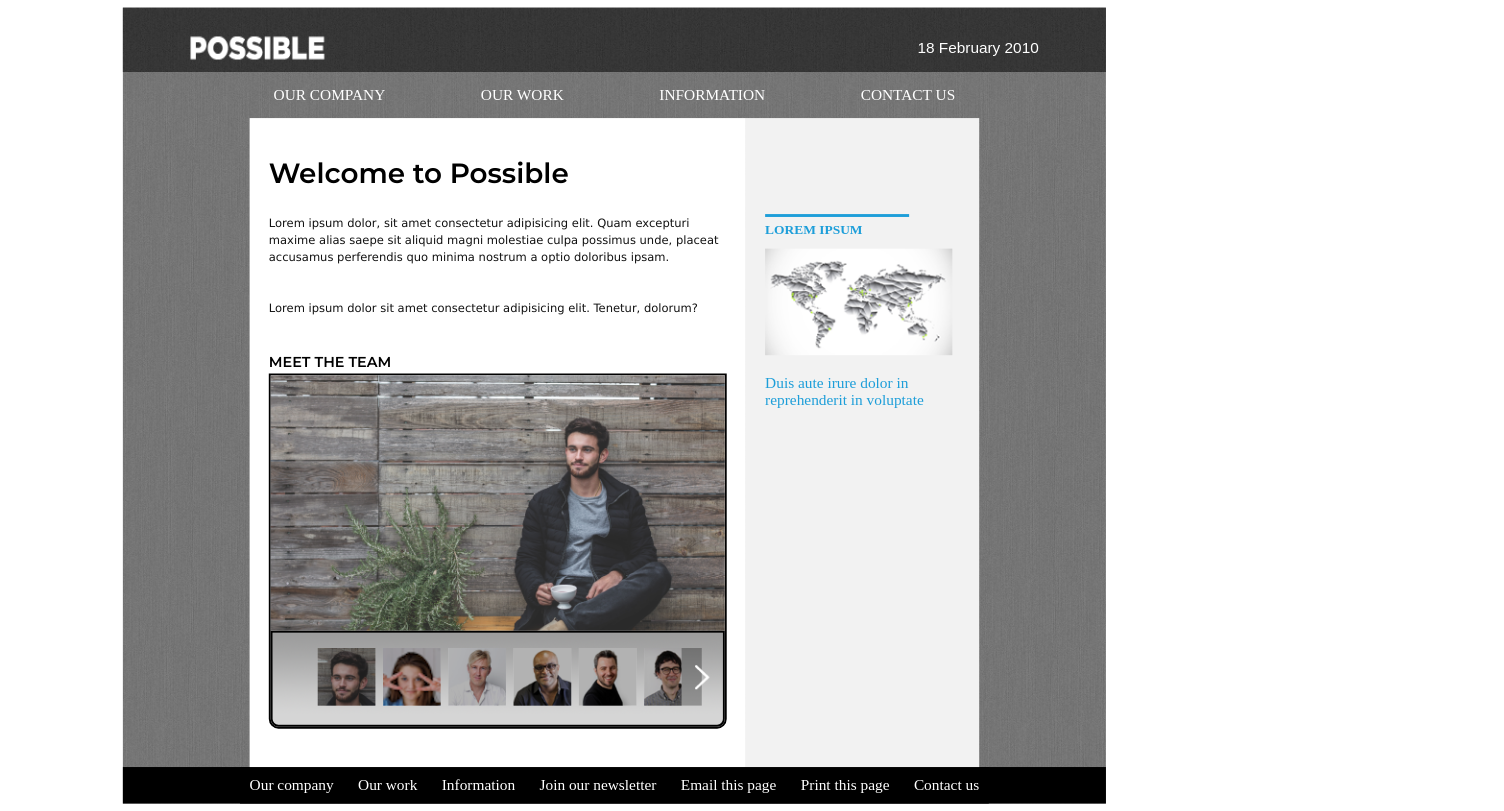
Repository: grzegorzgebala/possible-site
Page: index.html
An editor plug-in stored every save of this project. The page is shown before and after the next save, followed by the edit.
The browser window is 1280 px wide. The page is 1567 px wide, so the pictures cover 1567 px, including what lies to the right of the window. The pictures show the whole page, at 96% of full size.
The style sheet was rebuilt from its Sass, Less or Tailwind sources for each picture, by a compiler version that may differ from the author's.

Above is the page before, as saved 2020-02-18 18:33:28.

### index.html
<!DOCTYPE html>
<html>
	<head>
        <meta charset="utf-8">
        <link href="https://fonts.googleapis.com/css?family=Montserrat:600&display=swap" rel="stylesheet">
		<link rel="stylesheet" type="text/css" href="css/style.css">
		<title>Possible page</title>
	</head>
	<body>
        <div class="container">
            <header>
                <img src="images/logo.png" alt="possible logo">
                <div class="date">18 February 2010</div>
            </header>
            <nav class="menu">
                <ul>
                    <li>our company</li>
                    <li>our work</li>
                    <li>information</li>
                    <li>contact us</li>
                </ul>
            </nav>
            <div class="mainSite">
                <div class="leftSide">
                    <div class="welcome">Welcome to Possible</div>
                    <article>Lorem ipsum dolor, sit amet consectetur adipisicing elit. Quam excepturi maxime alias saepe sit aliquid magni molestiae culpa possimus unde, placeat accusamus perferendis quo minima nostrum a optio doloribus ipsam.</article>
                    <article>Lorem ipsum dolor sit amet consectetur adipisicing elit. Tenetur, dolorum?</article>
                    <div class="meetTitle">Meet the team</div>
                    <div class="carousel">
                        <img class="big" src="/images/employees/picture1.png" alt="possible logo">
                        <div class="descriptor">
                            <div class="personalData">Justin Cooke</div>
                            <div class="personalData">CEO, POSSIBLE UK, LONDON</div>
                        </div>
                        <div class="miniatures">
                            <button class="leftArrow arrow isHidden">
                                <img src="/images/icons/leftArrow.png" alt="leftArrow">
                            </button>
                            <div class="miniaturesContainer">
                                <ul class="carouselTrack">
                                    <li class="carouselSlide currentSlide">
                                        <div class="pictureContainer"></div>
                                        <img class="carouselImage" src="/images/employees/min1.png" alt="person1">
                                    </li>
                                    <li class="carouselSlide">
                                        <div class="pictureContainer"></div>
                                        <img class="carouselImage" src="/images/employees/min2.png" alt="person2">
                                    </li>
                                    <li class="carouselSlide">
                                        <div class="pictureContainer"></div>
                                        <img class="carouselImage" src="/images/employees/min3.png" alt="person3">
                                    </li>
                                    <li class="carouselSlide">
                                        <div class="pictureContainer"></div>
                                        <img class="carouselImage" src="/images/employees/min4.png" alt="person4">
                                    </li>
                                    <li class="carouselSlide">
                                        <div class="pictureContainer"></div>
                                        <img class="carouselImage" src="/images/employees/min5.png" alt="person5">
                                    </li>
                                    <li class="carouselSlide">
                                        <div class="pictureContainer"></div>
                                        <img class="carouselImage" src="/images/employees/min6.png" alt="person6">
                                    </li>
                                    <li class="carouselSlide">
                                        <!-- <div class="pictureContainer"></div> -->
                                        <img class="carouselImage" src="/images/employees/min7.png" alt="person7">
                                    </li>
                                    <li class="carouselSlide">
                                        <!-- <div class="pictureContainer"></div> -->
                                        <img class="carouselImage" src="/images/employees/min8.png" alt="person8">
                                    </li>
                                    <li class="carouselSlide">
                                        <!-- <div class="pictureContainer"></div> -->
                                        <img class="carouselImage" src="/images/employees/min9.png" alt="person9">
                                    </li>
                                    <li class="carouselSlide">
                                        <!-- <div class="pictureContainer"></div> -->
                                        <img class="carouselImage" src="/images/employees/min10.png" alt="person10">
                                    </li>
                                </ul>
                            </div>
                            <button class="rightArrow arrow">
                                <img src="/images/icons/rightArrow.png" alt="rightArrow">
                            </button>
                        </div>
                    </div>
                </div>
                <div class="rightSide">
                    <div class="rightTitle">lorem ipsum</div>
                    <img src="/images/map.png" alt="map">
                    <p>Duis aute irure dolor  in reprehenderit in voluptate</p>
                </div>
            </div>
            <footer>
                <ul>
                    <li>our company</li>
                    <li>our work</li>
                    <li>information</li>
                    <li>join our newsletter</li>
                    <li>email this page</li>
                    <li>print this page</li>
                    <li>contact us</li>
                </ul>
            </footer>
        </div>
    </body>
    <script type="text/javascript" src="/js/script.js"></script>
</html>

### js/script.js
const track = document.querySelector(".carouselTrack");
const slides = Array.from(track.children);
const nextButton = document.querySelector('.rightArrow');
const prevButton = document.querySelector('.leftArrow');
const imagesNav = document.getElementsByClassName('pictureContainer');
const imagesItem = Array.from(imagesNav);

const slideWidth = slides[0].getBoundingClientRect().width;

const setSlidePosition = (slide, index) => {
    slide.style.left = slideWidth * index + 'px';
};

slides.forEach(setSlidePosition);

const moveToSlide = (track, currentSlide, targetSlide) => {
    track.style.transform = 'translateX(-' + targetSlide.style.left  + ')';
    currentSlide.classList.remove('currentSlide');
    targetSlide.classList.add('currentSlide');
}

const hideShowArrows = (slides, prevButton, nextButton, targetIndex) => {
    if (targetIndex === 0) {
        prevButton.classList.add("isHidden");
        nextButton.classList.remove("isHidden");
    } else if (targetIndex === slides.length - 1) {
        prevButton.classList.remove("isHidden");
        nextButton.classList.add("isHidden");
    } else {
        prevButton.classList.remove("isHidden");
        nextButton.classList.remove("isHidden");
    }
}

nextButton.addEventListener('click', e => {
    const currentSlide = track.querySelector(".currentSlide");
    const prevSlide = currentSlide.previousElementSibling;
    const prevIndex = slides.findIndex(slide => slide === prevSlide);

    moveToSlide(track, currentSlide, prevSlide);
    hideShowArrows(slides, prevButton, nextButton, prevIndex);
});

prevButton.addEventListener('click', e => {
    const currentSlide = track.querySelector(".currentSlide");
    const nextSlide = currentSlide.nextElementSibling;
    const nextIndex = slides.findIndex(slide => slide === nextSlide);

    moveToSlide(track, currentSlide, nextSlide);
    hideShowArrows(slides, prevButton, nextButton, nextIndex);
});

track.addEventListener('click', e => {
    const targetImage = e.target.closest('div')
    if (!targetImage) return;
    // const currentSlide = track.querySelector('.currentSlide');
    const big = document.querySelector('.big');
    const targetIndex = imagesItem.findIndex(image => image === targetImage);
    const targetSlide = slides[targetIndex];
    // const targetSlideActive = targetSlide.children[0];

    imagesItem.forEach((element, index) => {
        if (index === targetIndex) {
            element.classList.add('activeImg');
            element.classList.remove('pictureContainer');
            big.setAttribute('src', `/images/employees/picture${index+1}.png`);
        } else {
            element.classList.remove('activeImg');
            element.classList.add('pictureContainer');
        }
    });
    hideShowArrows(slides, prevButton, nextButton, targetIndex);

})

// when I click left, move slides to the left
// when I click right move slide to the right

### sass/style.scss
// variables
$menuElementsColor: #ffffff;
$contentElementsColor: #000000;
$footerBackgroundColor: #000000;
$menuHooverColor: #000000;
$activeMenuColor: #1d9ed9;
$sideMenuColor: #1d9ed9;
$fontMenu: "Proxima Nova";
$leftSideBackgroundColor: #ffffff;
$rightSideBackgroundColor: #f2f2f2;
$contentHeaderFont: "Montserrat", sans-serif;;
$contentDescriptionFont: "Verdana";
$contentColor: #121212;

// page style
.container {
    max-width: 1024px;
    margin: 0 auto;
    background-image: url("/images/mainBackground.png");
}

// header style
header {
    background-image: url("/images/backgroundHeader.png");
    display: flex;
    justify-content: space-between;
    padding: 30px 70px 13px 70px;

    .date {
        color: $menuElementsColor;
        // font-size: 12px;
        line-height: 24px;
        font-family: "Arial";
        // font-weight: bold;
    }
}

// menu
.menu ul {
    max-width: 760px;
    margin: 5px auto;
    display: flex;
    justify-content: space-between;
    list-style-type: none;
    color: $menuElementsColor;
    text-transform: uppercase;
    padding: 0;

    :hover {
        background-color: $menuHooverColor;
        color: $activeMenuColor;
        cursor: pointer;
        transition: visibility 2s, opacity 0.5s linear;
    }

    li {
        padding: 10px 25px;
    }
}

// main content
.mainSite {
    max-width: 760px;
    margin: 0 auto;
    display: flex;
    justify-content: center;
    flex-direction: row;

    .leftSide {
        width: 100%;
        max-width: 520px;
        background-color: $leftSideBackgroundColor;
        padding: 40px 20px;

        .welcome {
            font-family: $contentHeaderFont;
            margin: 0;
            font-size: 29px;
            font-weight: bold;
        }

        article {
            font-family: $contentDescriptionFont;
            font-size: 12px;
            line-height: 18px;
            color: $contentColor;
            margin-top: 25px;
            margin-bottom: 35px;
        }

        .meetTitle {
            font-size: 15px;
            line-height: 24px;
            text-transform: uppercase;
            color: $contentElementsColor;
            font-family: $contentHeaderFont;
        }

        .descriptor {
            background-color: black;
            padding-left: 5px;
            position: absolute;
            width: 100%;;
            margin-top: 230px;
            // display: none;
            visibility: hidden;
            opacity: .5;

            .personalData {
                color: white;
                opacity: 1;
            }
        }

        .carousel {
            display: flex;
            max-width: 473px;
            flex-direction: column;
            border: 2px solid black;
            border-bottom-left-radius: 10px;
            border-bottom-right-radius: 10px;

            .big:hover + .descriptor {
                // display: block;
                visibility: visible;
                transition: visibility 0s linear 0.33s, opacity 0.33s linear;

            }
            .miniatures {
                // overflow: hidden;
                background-image: url("/images/carouseleBackground.png");
                display: flex;
                // justify-content: space-between;
                // align-items: center;
                // padding: 20px 15px;
                border: 2px solid black;
                border-bottom-left-radius: 8px;
                border-bottom-right-radius: 8px;

                .miniaturesContainer {
                    max-width: 500px;
                    overflow: hidden;
                    display: flex;
                    justify-content: space-between;
                }
                .carouselTrack {
                    display: flex;
                    justify-content: space-between;
                    // align-items: center;
                    list-style-type: none;
                    // width: 100%;
                    padding: 0;

                    .carouselSlide {
                        margin: 0 4px;
                        // margin-right: 10px;
                        // height: 60px;
                        // width: 60px;
                        .carouselImage {

                            // width: 100%;
                            object-fit: cover;
                        }
                    }
                }

                .pictureContainer {
                    width: 60px;
                    height: 60px;
                    position: absolute;
                    z-index: 1;
                    background: black;
                    opacity: .3;
                }

                .activeImg {
                    position: absolute;
                    z-index: 1;
                    width: 54px;
                    height: 54px;
                    border: 3px solid $sideMenuColor;
                }

                .arrow {
                    margin: 0 14px;
                    z-index: 1;
                }

                button {
                    background: none;
                    color: inherit;
                    border: none;
                    padding: 0;
                    font: inherit;
                    cursor: pointer;
                    outline: inherit;
                }

                .isHidden {
                    visibility: hidden;
                }
            }
        }
    }


    .rightSide {
        background-color: $rightSideBackgroundColor;
        width: 100%;
        padding-left: 20px;
        padding-top: 100px;

        .rightTitle {
            text-transform: uppercase;
            color: $sideMenuColor;
            font-weight: bold;
            font-size: 14px;
            line-height: 18px;
            border-top: 3px solid $sideMenuColor;
            width: 150px;
            margin-bottom: 10px;
            padding-top: 5px;
        }

        p {
            color: $sideMenuColor;
        }
    }

}

// footer
footer {
    background: $footerBackgroundColor;
}

footer ul {
    display: flex;
    justify-content: space-between;
    max-width: 760px;
    margin: 0 auto;
    list-style-type: none;
    color: $menuElementsColor;
    background: $footerBackgroundColor;
    padding: 10px;

    :hover {
        color: $activeMenuColor;
        cursor: pointer;
    }

    li::first-letter {
        text-transform: uppercase;
    }
}

After the next save:
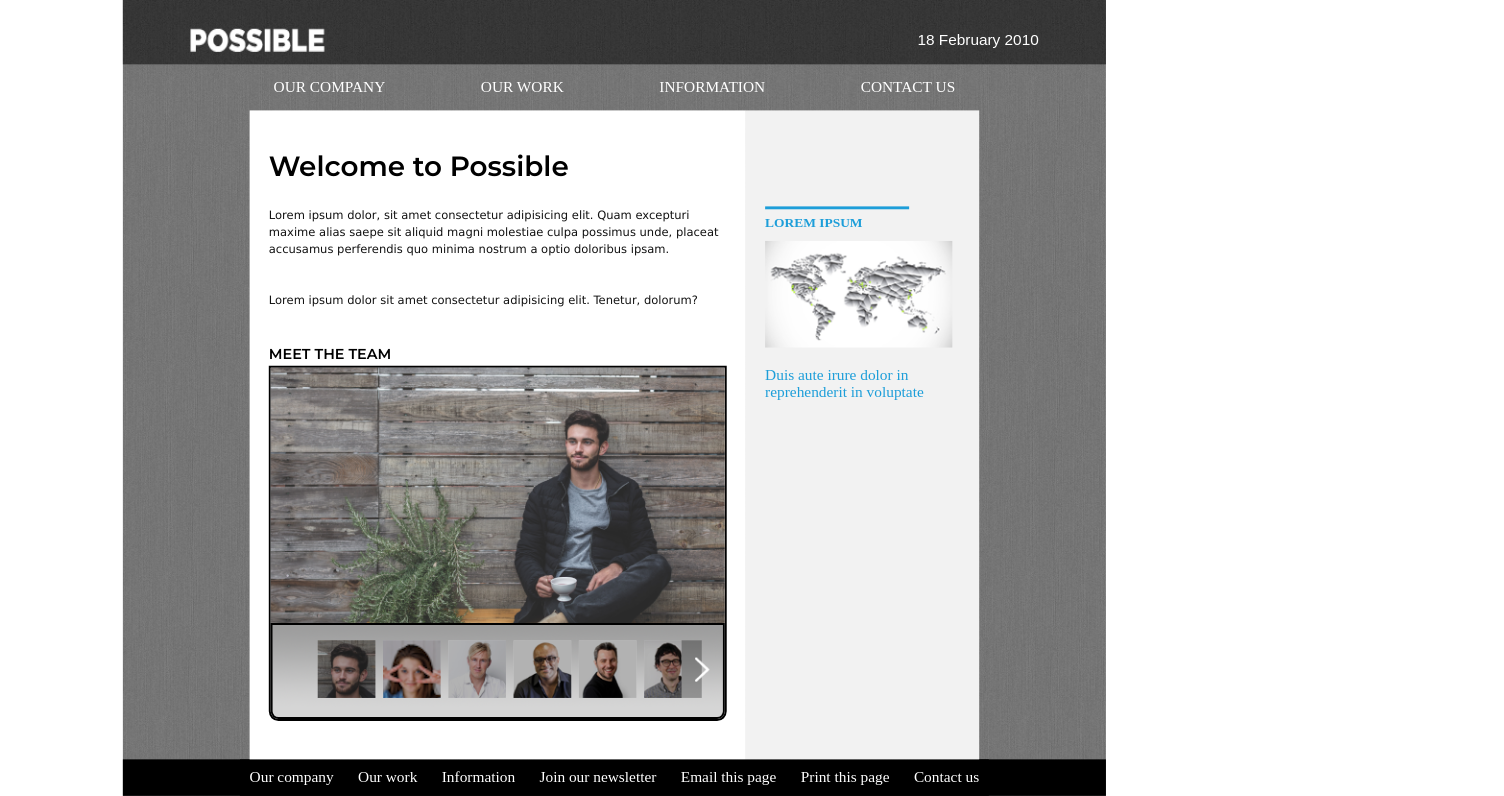
Saved 2 min 38 s later.
--- a/sass/style.scss
+++ b/sass/style.scss
@@ -13,6 +13,10 @@ $contentDescriptionFont: "Verdana";
 $contentColor: #121212;
 
 // page style
+body {
+    width: 100%;
+    margin: 0 auto;
+}
 .container {
     max-width: 1024px;
     margin: 0 auto;
